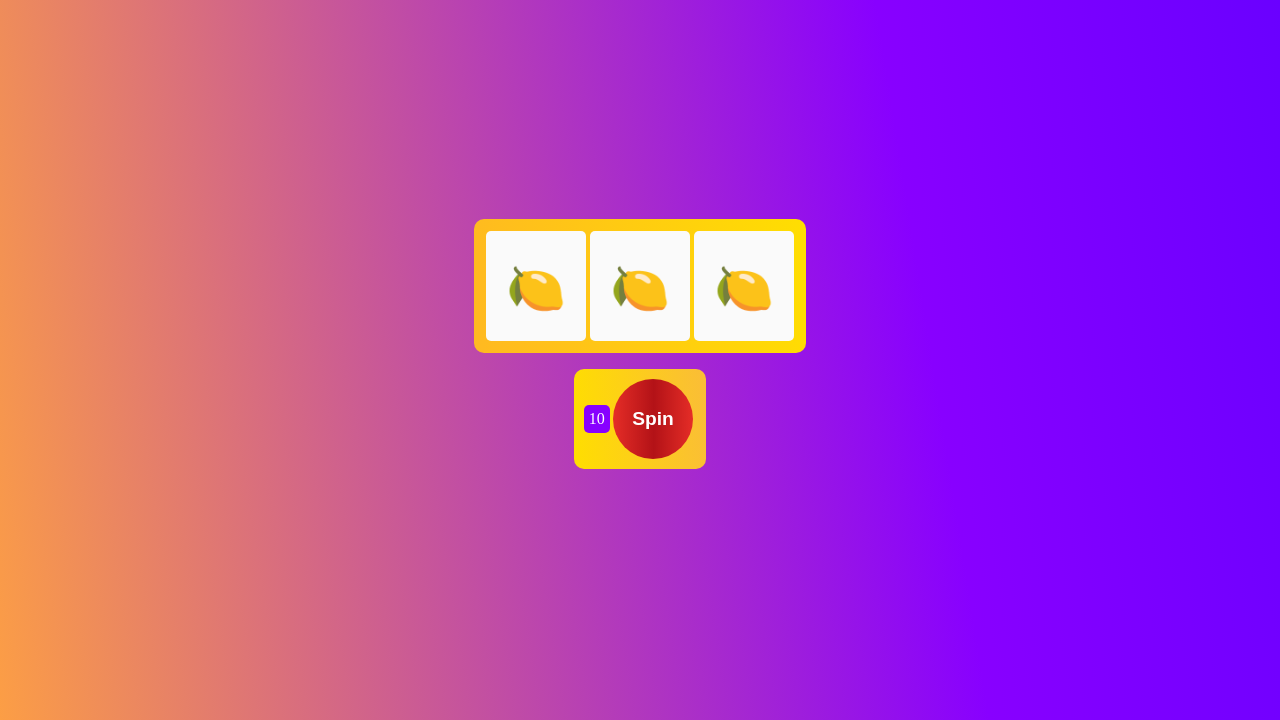
Repository: HERBOD7/slotmachine
Page: /
An editor plug-in stored every save of this project. The page is shown before and after the next save, followed by the edit.
The browser window is 1280 px wide. The pictures show the whole page.
The project was rebuilt for these pictures with package versions that can differ from the ones it lists, and the page was loaded fresh each time. Also part of the build but not shown: vue.config.js.

Above is the page before, as saved 2023-07-23 12:17:20.

### src/App.vue
<template>
  <div id="app">
    <div class="slots">
      <div class="slot" v-for="(symbol, name, i) in symbols" :key="i">
        <SlotBox
          :symbols="symbol"
          :slotName="name"
          :slotIsShuffling="isShuffling"
        />
      </div>
    </div>

    <div class="buttons">
      <div class="credit">{{ credit }}</div>
      <button @click="spin" class="spinner">Spin</button>
    </div>
  </div>
</template>

<script>
import SlotBox from "./components/SlotBox.vue";

export default {
  name: "App",
  components: {
    SlotBox,
  },
  data() {
    return {
      symbols: {
        firstSlot: ["🍋", "🍉", "🍒", "🍊"],
        secondSlot: ["🍋", "🍉", "🍒", "🍊"],
        thirdSlot: ["🍋", "🍉", "🍒", "🍊"],
      },
      isShuffling: false,
      credit: 10,
    };
  },
  methods: {
    spin() {
      this.isShuffling = true;
      for (let name in this.symbols) {
        const arr = [];
        arr.push(...this.symbols[name]);
        this.symbols[name] = this.shuffle(arr);
      }
      setTimeout(() => {
        this.isShuffling = false;
      }, 100);
    },
    shuffle(array) {
      for (let i = array.length - 1; i > 0; i--) {
        const j = Math.floor(Math.random() * (i + 1));
        [array[i], array[j]] = [array[j], array[i]];
      }
      return array;
    },
  },
};
</script>

<style>
body {
  width: 100vw;
  height: 100vh;
  margin: 0;
  padding: 0;
}

#app {
  width: 100%;
  height: 100%;
  display: flex;
  flex-direction: column;
  justify-content: center;
  align-items: center;
  background: rgb(106, 0, 255);
  background: linear-gradient(
    261deg,
    rgba(106, 0, 255, 1) 0%,
    rgba(136, 0, 255, 1) 29%,
    rgba(252, 158, 69, 1) 100%
  );
}

.slots {
  display: flex;
  background: rgb(255, 222, 1);
  background: linear-gradient(
    261deg,
    rgba(255, 222, 1, 1) 0%,
    rgba(255, 185, 33, 1) 100%
  );
  padding: 10px;
  border-radius: 10px;
}

.slot {
  background: #fafafa;
  width: 100px;
  height: 110px;
  overflow: hidden;
  border-radius: 5px;
  margin: 2px;
}

.buttons {
  margin: 1rem 0 2rem 0;
  background: rgb(255, 222, 0);
  background: linear-gradient(
    85deg,
    rgba(255, 222, 0, 1) 0%,
    rgba(250, 189, 55, 1) 100%
  );
  display: flex;
  align-items: center;
  padding: 10px;
  border-radius: 10px;
  max-width: 50%;
}

button {
  cursor: pointer;
  font-size: 1.2rem;
  margin: 0 0.2rem;
  border: none;
  border-radius: 5px;
  padding: 10px 15px;
}

.credit {
  background: rgba(136, 0, 255, 1);
  padding: 5px;
  border-radius: 5px;
  color: white;
}

.spinner {
  height: 80px;
  width: 80px;
  border-radius: 100%;
  background: rgb(255, 0, 0);
  background-image: linear-gradient(
    to right,
    #e52d27 0%,
    #b31217 51%,
    #e52d27 100%
  );
  color: white;
  font-weight: bold;
}

.spinner:hover {
  background-position: right center;
}
</style>

### src/components/SlotBox.vue
<template>
  <div class="boxes">
    <div
      :class="[
        'box',
        slotIsShuffling ? 'before-animate blur' : slotName + '-animation',
      ]"
      v-for="(item, index) in symbols"
      :key="index"
    >
      {{ item }}
    </div>
  </div>
</template>

<script>
export default {
  name: "SlotBox",
  props: {
    symbols: Array,
    slotIsShuffling: Boolean,
    slotName: String,
  },
};
</script>

<!-- Add "scoped" attribute to limit CSS to this component only -->
<style scoped>
.boxes {
  transform: translateY(0);
  transition: transform 1s ease-in-out;
}

.box {
  display: flex;
  justify-content: center;
  align-items: center;
  font-size: 3rem;
  height: 110px;
  width: 100px;
}

.firstSlot-animation {
  transform: translateY(3px);
  transition: transform 0.5s ease-in-out;
}

.secondSlot-animation {
  transform: translateY(3px);
  transition: transform 0.8s ease-in-out;
}

.thirdSlot-animation {
  transform: translateY(3px);
  transition: transform 1s ease-in-out;
}

.before-animate {
  transform: translateY(-20px);
}

.blur {
  filter: blur(1px);
}
</style>

Loaded but not shown: public/index.html (common file); src/main.js (common file)

After the next save:
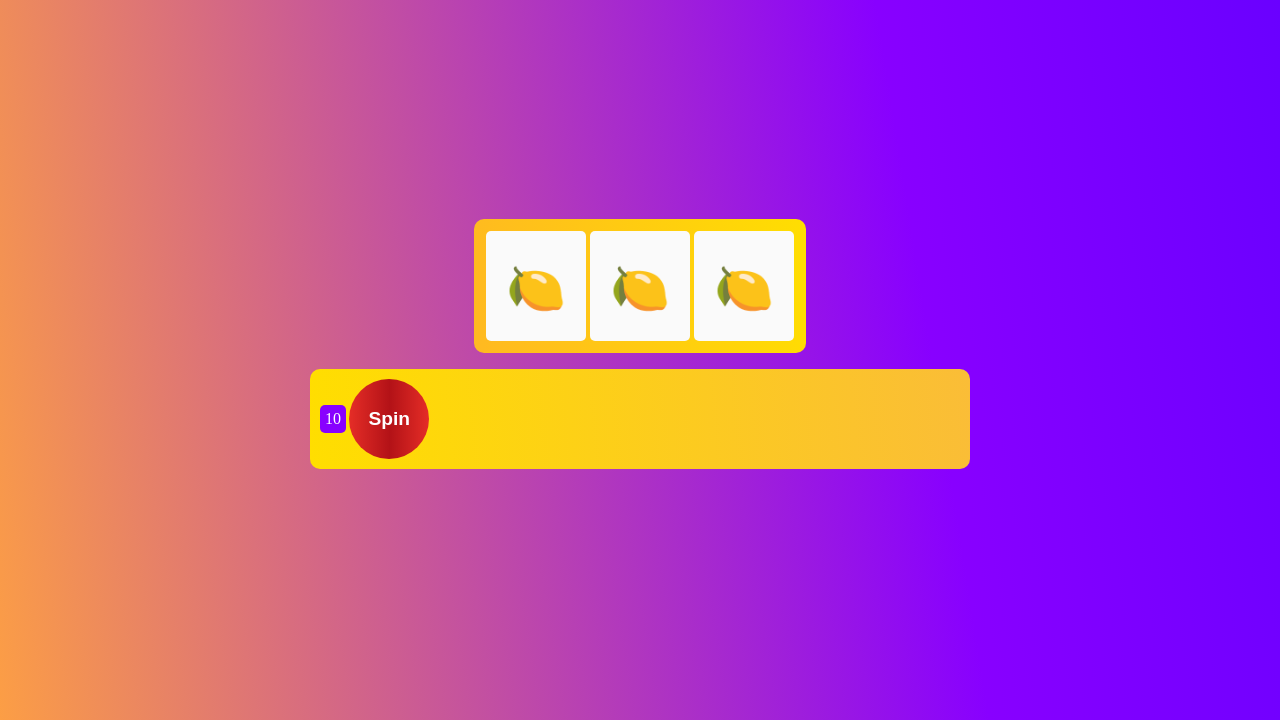
Saved 6 s later.
--- a/src/App.vue
+++ b/src/App.vue
@@ -116,7 +116,7 @@
   align-items: center;
   padding: 10px;
   border-radius: 10px;
-  max-width: 50%;
+  width: 50%;
 }
 
 button {

After the save that followed:
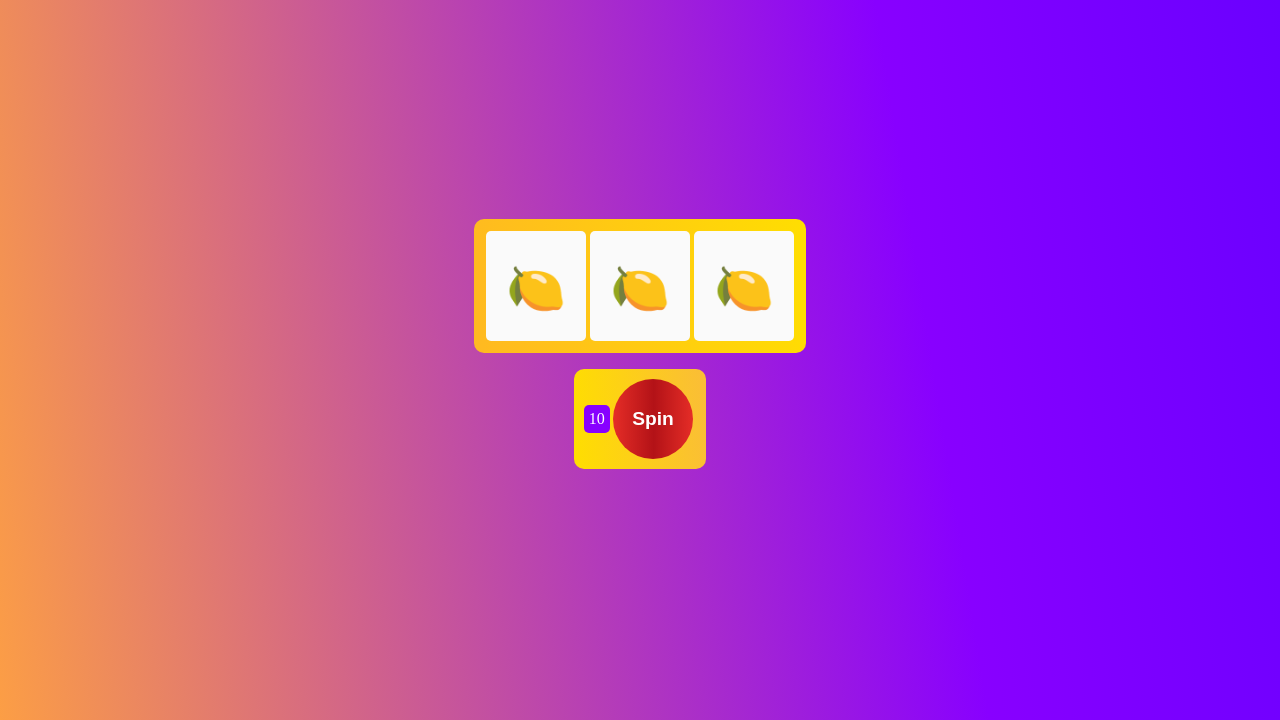
Saved 8 s later.
--- a/src/App.vue
+++ b/src/App.vue
@@ -116,7 +116,6 @@
   align-items: center;
   padding: 10px;
   border-radius: 10px;
-  width: 50%;
 }
 
 button {
